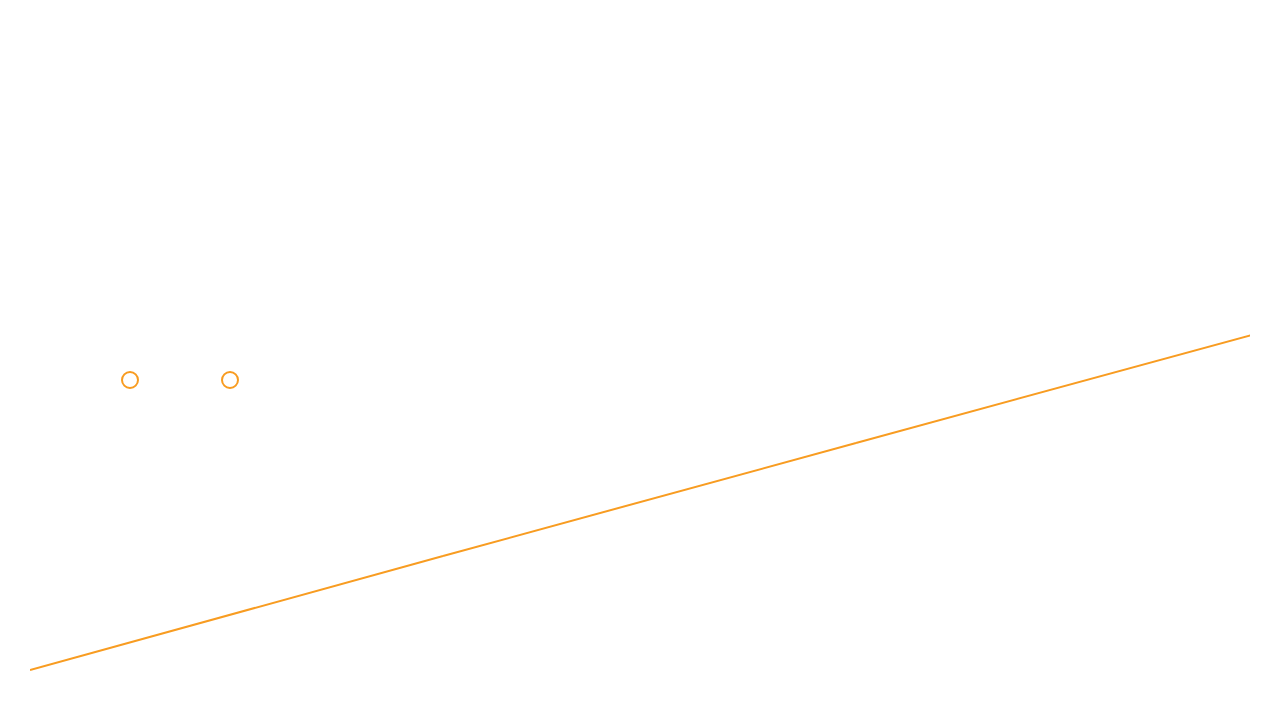
Repository: alinlinbo/yanling-resume-site
Page: svg.html
These files come from the project's save history. The page is drawn as it stood at one moment and after the next save; the edit follows.
The browser window is 1280 px wide. The pictures show the whole page.

Above is the page before, as saved 2023-09-21 22:00:37.

After the next save:
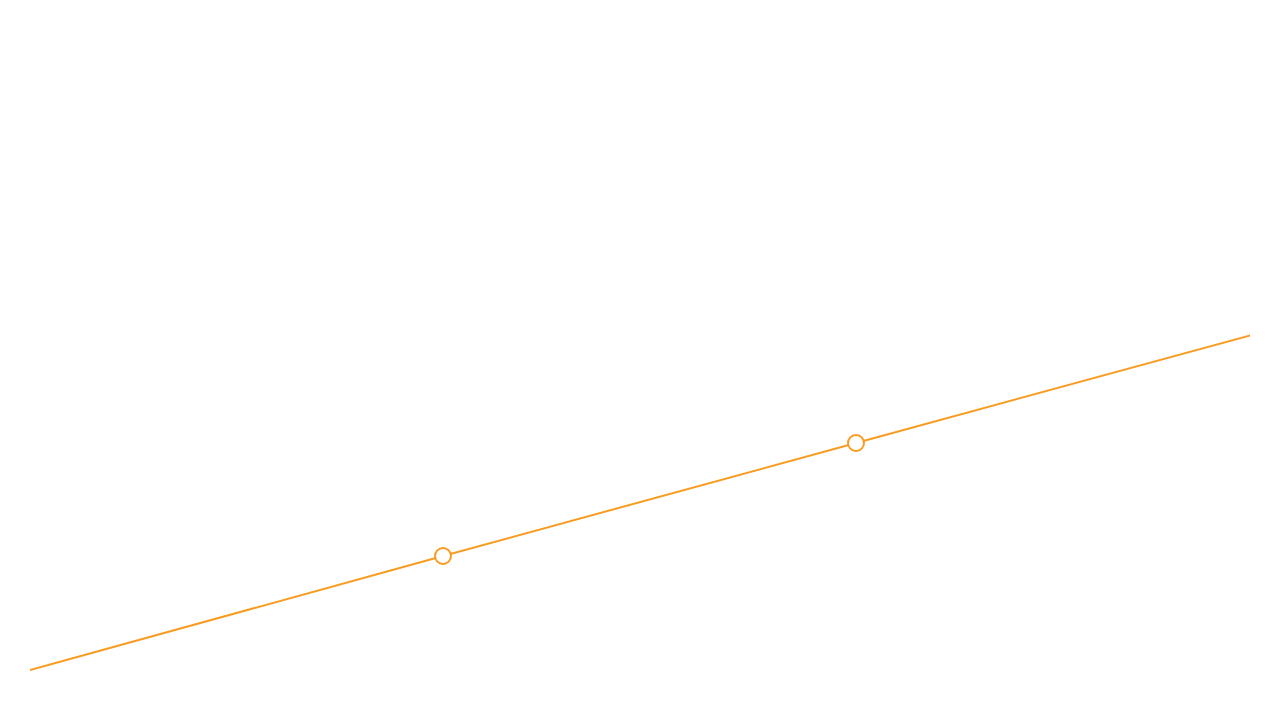
Saved 4 min 2 s later.
--- a/svg.html
+++ b/svg.html
@@ -57,6 +57,8 @@
         const line = document.getElementById('line'),
             line2 = document.getElementById('line2'),
             line3 = document.getElementById('line3')
+        c1 = document.getElementById('c1'),
+            c2 = document.getElementById('c2')
 
         //获取vw
         const vw = window.innerWidth - 40;
@@ -69,7 +71,12 @@
         d2H = Math.floor(vh * 0.5 / 3)
         console.log(d1H, d2H)
         line.setAttribute('d', `M 0 ${vh * 0.5} L ${d1W} ${d1H}`)
-
+        // c1的坐标
+        c1.setAttribute('cx', d1W)
+        c1.setAttribute('cy', d1H)
+        // c2的坐标
+        c2.setAttribute('cx', d2W)
+        c2.setAttribute('cy', d2H)
         setTimeout(() => {
             line2.classList.add('line')
             line2.setAttribute('d', `M ${d1W} ${d1H} L ${d2W} ${d2H}`)
